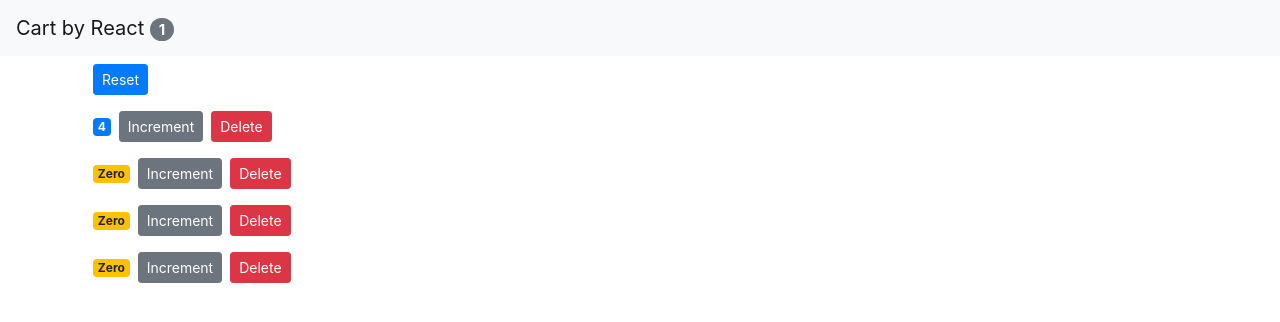
Repository: smk87/First-React-App
Page: /
These files come from the project's save history. The page is drawn as it stood at one moment and after the next save; the edit follows.
The browser window is 1280 px wide. The pictures show the whole page.
The project was rebuilt for these pictures with package versions that can differ from the ones it lists, and the page was loaded fresh each time. Also part of the build but not shown: src/App.css.

Above is the page before, as saved 2019-01-06 14:20:52.

After the next save:
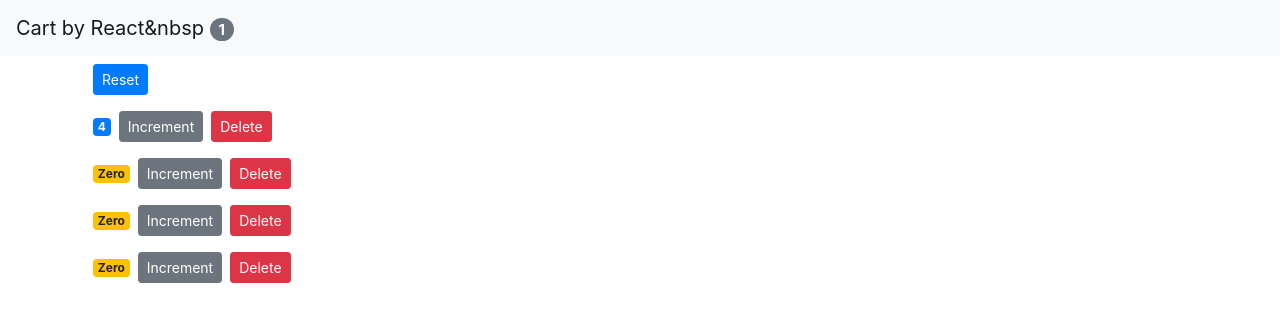
Saved 86 s later.
--- a/src/components/navbar.jsx
+++ b/src/components/navbar.jsx
@@ -4,7 +4,7 @@
   return (
     <nav className="navbar navbar-light bg-light">
       <a className="navbar-brand" href="#">
-        Cart by React{" "}
+        Cart by React&nbsp{" "}
         <span className="badge badge-pill badge-secondary">
           {props.totalCounters}
         </span>

After the save that followed:
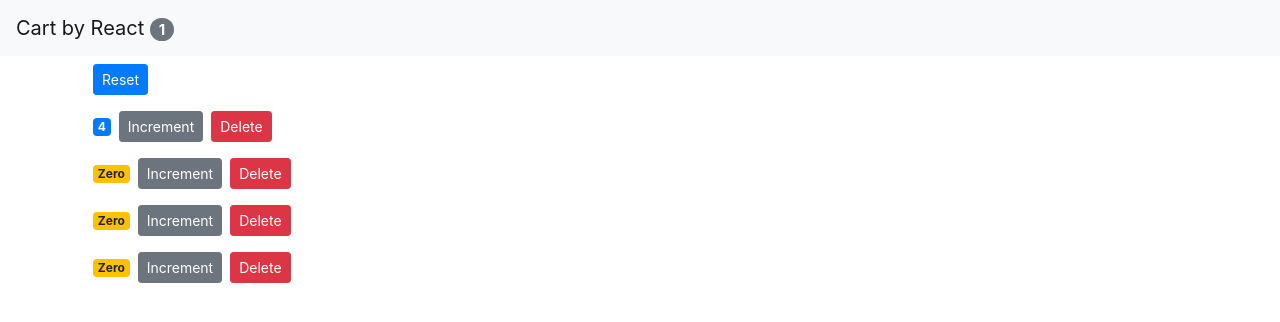
Saved 31 s later.
--- a/src/components/navbar.jsx
+++ b/src/components/navbar.jsx
@@ -4,7 +4,8 @@
   return (
     <nav className="navbar navbar-light bg-light">
       <a className="navbar-brand" href="#">
-        Cart by React&nbsp{" "}
+        Cart by React
+        <span />{" "}
         <span className="badge badge-pill badge-secondary">
           {props.totalCounters}
         </span>
